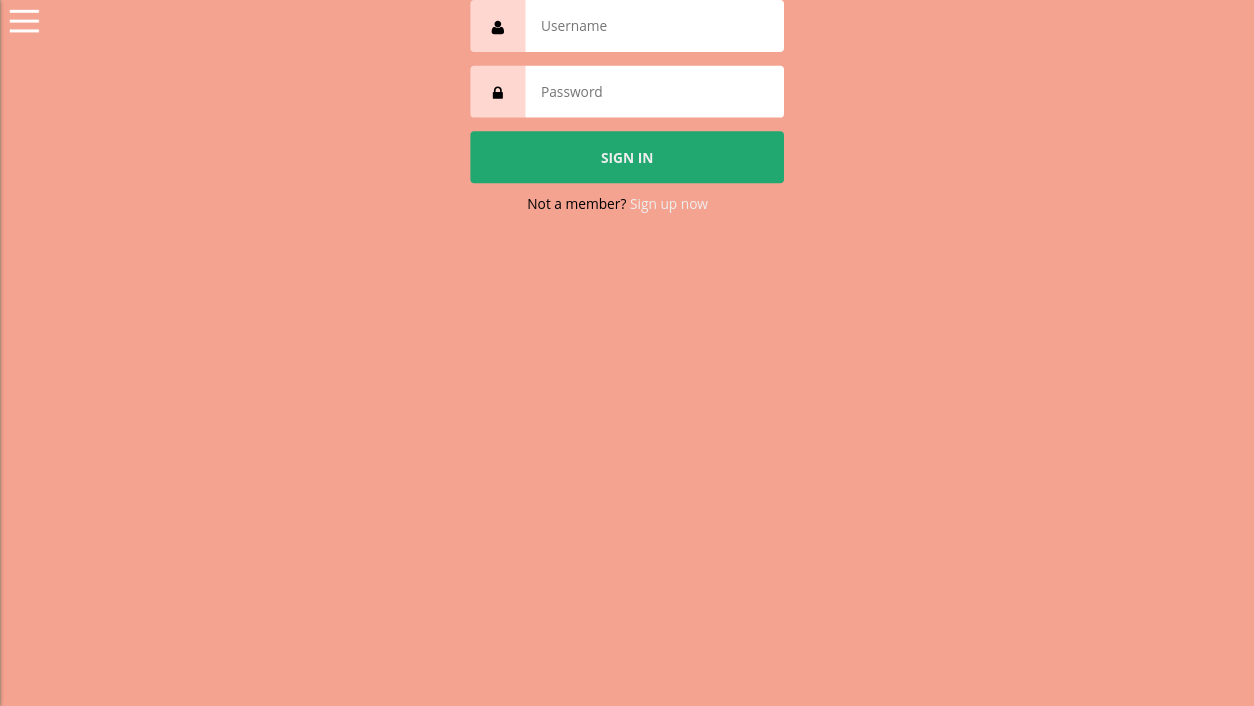
Repository: se-yoo/ChangeSeat
Page: http://localhost/ChangeSeat/signUp.jsp
An editor plug-in stored every save of this project. The page is shown before and after the next save, followed by the edit.
The browser window is 1280 px wide. The pictures show the whole page, at 98% of full size.
Some web libraries are served in a nearby version. The page is served by Tomcat 9.

Above is the page before, as saved 2018-06-25 09:38:22.

After the next save:
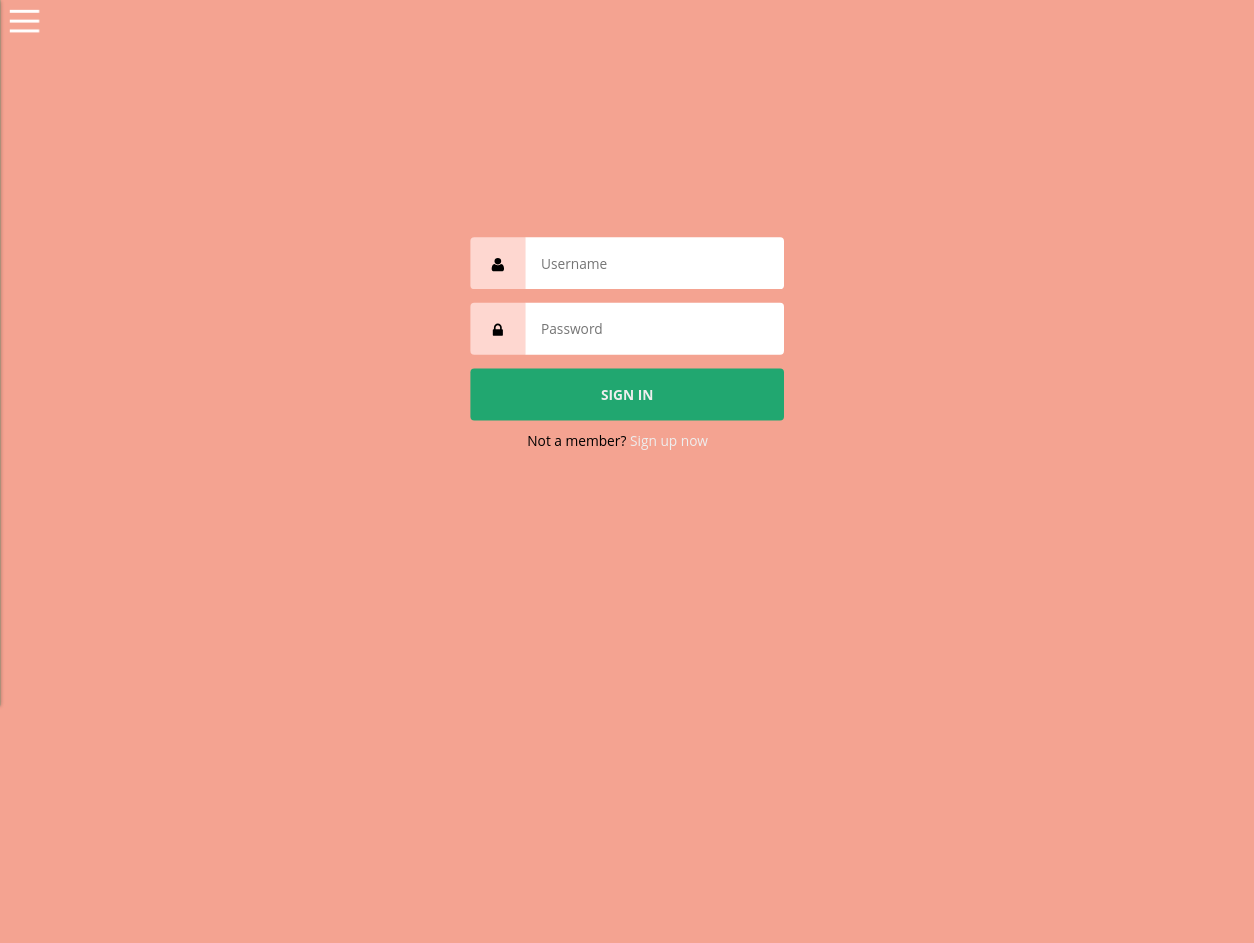
Saved 24 s later.
--- a/ChangeSeat/WebContent/loginStyle.css
+++ b/ChangeSeat/WebContent/loginStyle.css
@@ -26,6 +26,7 @@ body{
 }
 
 .grid {
+margin-top:20%;
   margin-left: auto;
   margin-right: auto;
   max-width: var(--gridMaxWidth);
